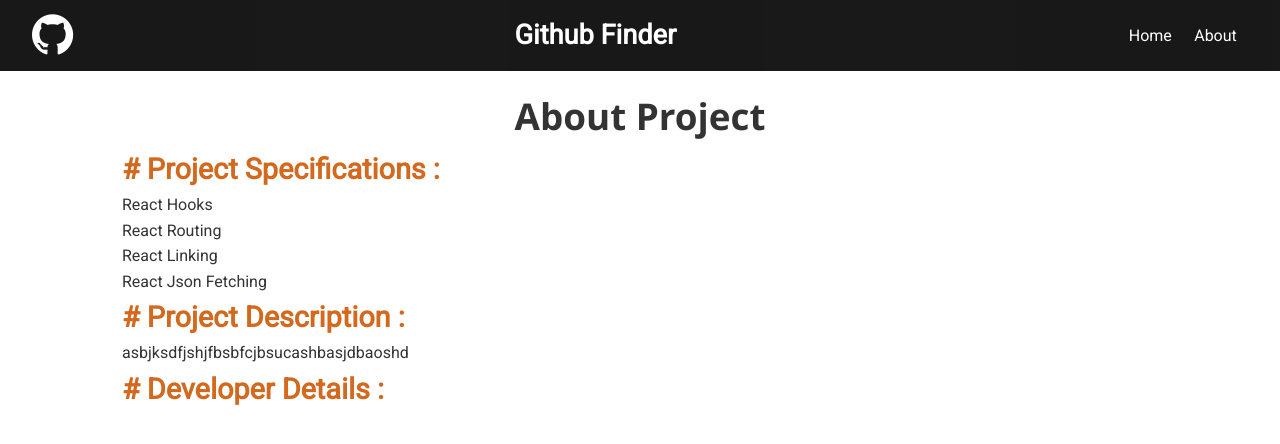
Repository: hemantsaini-7/ReactHooks-GitHub-Clone
Page: /about
The author's editor kept a copy of each file at every save. The page is drawn from the files as they stood at one save, then again after the next save.
The browser window is 1280 px wide. The pictures show the whole page.
The project was rebuilt for these pictures with package versions that can differ from the ones it lists, and the page was loaded fresh each time. Also part of the build but not shown: src/components/users/UserItem.js, src/components/layout/Spinner.js, src/components/users/Users.js, src/components/repos/RepoItem.js, src/components/repos/Repos.js, src/components/users/User.js, src/components/users/Search.js, src/components/layout/Alert.js.

Above is the page before, as saved 2020-08-06 10:13:40.

### public/index.html
<!DOCTYPE html>
<html lang="en">
  <head>
    <meta charset="utf-8" />
    <link rel="icon" href="%PUBLIC_URL%/favicon.ico" />
    <meta name="viewport" content="width=device-width, initial-scale=1" />
    <meta name="theme-color" content="#000000" />
    <meta
      name="description"
      content="Web site created using create-react-app"
    />
    <link rel="apple-touch-icon" href="%PUBLIC_URL%/logo192.png" />

    <link rel="manifest" href="%PUBLIC_URL%/manifest.json" />
    <link
      rel="stylesheet"
      href="https://stackpath.bootstrapcdn.com/font-awesome/4.7.0/css/font-awesome.min.css"
    />
    <title>React App</title>
  </head>
  <body>
    <noscript>You need to enable JavaScript to run this app.</noscript>
    <div id="root"></div>
  </body>
</html>

### src/App.js
import React, { Fragment, useState } from "react";
import "./App.css";
import { BrowserRouter as Router, Switch, Route } from "react-router-dom";
import Navbar from "./components/layout/Navbar";
import Users from "./components/users/Users";
import User from "./components/users/User";
import Search from "./components/users/Search";
import Alert from "./components/layout/Alert";
import About from "./components/pages/About";
import axios from "axios";
const App = () => {
  const [users, setUsers] = useState([]);
  const [user, setUser] = useState({});
  const [repos, setRepos] = useState([]);
  const [loading, setLoading] = useState(false);
  const [alert, setAlert] = useState(null);

  const searchUsers = async (text) => {
    //this.setState({ loading: true });
    setLoading(true);
    const res = await axios.get(
      `https://api.github.com/search/users?q=${text}&cliend_id=${process.env.REACT_APP_GITHUB_CLIENT_ID}&client_secret=${process.env.REACT_APP_GITHUB_CLIENT_SECRET}`
    );
    setUsers(res.data.items);
    setLoading(false);
  };

  const clearUsers = () => {
    setUsers([]);
    setLoading(false);
  };

  const showAlert = (msg, type) => {
    //this.setState({ alert: { msg, type } });
    setAlert({ msg, type });
    setTimeout(() => setAlert(null), 5000);
  };

  const getUser = async (username) => {
    setLoading(true);
    const res = await axios.get(
      `https://api.github.com/users/${username}?cliend_id=${process.env.REACT_APP_GITHUB_CLIENT_ID}&client_secret=${process.env.REACT_APP_GITHUB_CLIENT_SECRET}`
    );
    setUser(res.data);
    setLoading(false);
  };

  const getUserRepos = async (username) => {
    setLoading(true);
    const res = await axios.get(
      `https://api.github.com/users/${username}/repos?per_page=5&sort=created:asc&cliend_id=${process.env.REACT_APP_GITHUB_CLIENT_ID}&client_secret=${process.env.REACT_APP_GITHUB_CLIENT_SECRET}`
    );
    setRepos(res.data);
    setLoading(false);
  };

  return (
    <Router>
      <div className='App'>
        <Navbar title='Github Finder' />
        <div className='container'>
          <Alert alert={alert} />
          <Switch>
            <Route
              exact
              path='/'
              render={(props) => (
                <Fragment>
                  <Search
                    searchUsers={searchUsers}
                    clearUsers={clearUsers}
                    showClear={users.length > 0 ? true : false}
                    setAlert={showAlert}
                  />
                  <Users users={users} loading={loading} />
                </Fragment>
              )}
            />
            <Route exact path='/about' component={About} />
            <Route
              exact
              path='/user/:login'
              render={(props) => (
                <User
                  {...props}
                  getUser={getUser}
                  getUserRepos={getUserRepos}
                  repos={repos}
                  user={user}
                  loading={loading}
                />
              )}
            />
          </Switch>
        </div>
      </div>
    </Router>
  );
};

export default App;

### src/App.css
@import url("https://fonts.googleapis.com/css?family=Roboto");

/* Global Styles */
:root {
  --primary-color: #dc3545;
  --dark-color: #333333;
  --light-color: #f4f4f4;
  --danger-color: #dc3545;
  --success-color: #28a745;
}

* {
  box-sizing: border-box;
  margin: 0;
  padding: 0;
}

body {
  font-family: "Roboto", sans-serif;
  font-size: 1rem;
  line-height: 1.6;
  background-color: #fff;
  color: #333;
}

a {
  color: var(--primary-color);
  text-decoration: none;
}

a:hover {
  color: #666;
}

ul {
  list-style: none;
}

img {
  width: 100%;
}

/* Utilities */
.container {
  max-width: 1100px;
  margin: auto;
  overflow: hidden;
  padding: 0 2rem;
}

/* Text Styles*/
.x-large {
  font-size: 4rem;
  line-height: 1.2;
  margin-bottom: 1rem;
}

.large {
  font-size: 3rem;
  line-height: 1.2;
  margin-bottom: 1rem;
}

.lead {
  font-size: 1.5rem;
  margin-bottom: 1rem;
}

.text-center {
  text-align: center;
}

.text-primary {
  color: var(--primary-color);
}

.text-dark {
  color: var(--dark-color);
}

.text-success {
  color: var(--success-color);
}

.text-danger {
  color: var(--danger-color);
}

.text-center {
  text-align: center;
}

.text-right {
  text-align: right;
}

.text-left {
  text-align: left;
}

/* Center All */
.all-center {
  display: flex;
  flex-direction: column;
  width: 100%;
  margin: auto;
  justify-content: center;
  align-items: center;
  text-align: center;
}

/* Cards */
.card {
  padding: 1rem;
  border: #ccc 1px dotted;
  margin: 0.7rem 0;
}

/* List */
.list {
  margin: 0.5rem 0;
}

.list li {
  padding-bottom: 0.3rem;
}

/* Padding */
.p {
  padding: 0.5rem;
}
.p-1 {
  padding: 1rem;
}
.p-2 {
  padding: 2rem;
}
.p-3 {
  padding: 3rem;
}
.py {
  padding: 0.5rem 0;
}
.py-1 {
  padding: 1rem 0;
}
.py-2 {
  padding: 2rem 0;
}
.py-3 {
  padding: 3rem 0;
}

/* Margin */
.m {
  margin: 0.5rem;
}
.m-1 {
  margin: 1rem;
}
.m-2 {
  margin: 2rem;
}
.m-3 {
  margin: 3rem;
}
.my {
  margin: 0.5rem 0;
}
.my-1 {
  margin: 1rem 0;
}
.my-2 {
  margin: 2rem 0;
}
.my-3 {
  margin: 3rem 0;
}

/* Grid */
.grid-2 {
  display: grid;
  grid-template-columns: repeat(2, 1fr);
  grid-gap: 1rem;
}

.grid-3 {
  display: grid;
  grid-template-columns: repeat(3, 1fr);
  grid-gap: 1rem;
}

.grid-4 {
  display: grid;
  grid-template-columns: repeat(4, 1fr);
  grid-gap: 1rem;
}

.btn {
  display: inline-block;
  background: var(--light-color);
  color: #333;
  padding: 0.4rem 1.3rem;
  font-size: 1rem;
  border: none;
  cursor: pointer;
  margin-right: 0.5rem;
  transition: opacity 0.2s ease-in;
  outline: none;
}

.btn-link {
  background: none;
  padding: 0;
  margin: 0;
}

.btn-block {
  display: block;
  width: 100%;
}

.btn-sm {
  font-size: 0.8rem;
  padding: 0.3rem 1rem;
  margin-right: 0.2rem;
}

.badge {
  display: inline-block;
  font-size: 0.8rem;
  padding: 0.2rem 0.7rem;
  text-align: center;
  margin: 0.3rem;
  background: var(--light-color);
  color: #333;
  border-radius: 5px;
}

.alert {
  padding: 0.7rem;
  margin: 1rem 0;
  opacity: 0.9;
  background: var(--light-color);
  color: #333;
}

.btn-primary,
.bg-primary,
.badge-primary,
.alert-primary {
  background: var(--primary-color);
  color: #fff;
}

.btn-light,
.bg-light,
.badge-light,
.alert-light {
  background: var(--light-color);
  color: #333;
}

.btn-dark,
.bg-dark,
.badge-dark,
.alert-dark {
  background: var(--dark-color);
  color: #fff;
}

.btn-danger,
.bg-danger,
.badge-danger,
.alert-danger {
  background: var(--danger-color);
  color: #fff;
}

.btn-success,
.bg-success,
.badge-success,
.alert-success {
  background: var(--success-color);
  color: #fff;
}

.btn-white,
.bg-white,
.badge-white,
.alert-white {
  background: #fff;
  color: #333;
  border: #ccc solid 1px;
}

.btn:hover {
  opacity: 0.8;
}

.bg-light,
.badge-light {
  border: #ccc solid 1px;
}

.round-img {
  border-radius: 50%;
}

/* Forms */
input {
  margin: 1.2rem 0;
}

.form-text {
  display: block;
  margin-top: 0.3rem;
  color: #888;
}

input[type="text"],
input[type="email"],
input[type="password"],
input[type="date"],
select,
textarea {
  display: block;
  width: 100%;
  padding: 0.4rem;
  font-size: 1.2rem;
  border: 1px solid #ccc;
}

input[type="submit"],
button {
  font: inherit;
}

table th,
table td {
  padding: 1rem;
  text-align: left;
}

table th {
  background: var(--light-color);
}

/* Navbar */
.navbar {
  display: flex;
  justify-content: space-between;
  align-items: center;
  padding: 0.7rem 2rem;
  z-index: 1;
  width: 100%;
  opacity: 0.9;
  margin-bottom: 1rem;
}

.navbar ul {
  display: flex;
}

.navbar a {
  color: #fff;
  padding: 0.45rem;
  margin: 0 0.25rem;
}

.navbar a:hover {
  color: var(--light-color);
}

.navbar .welcome span {
  margin-right: 0.6rem;
}
.bg-black {
  background: #000;
  color: #fff;
}
.nav-head {
  font-size: 1.7rem;
  /* margin-left: 100px; */
}
.s-field {
  border-radius: 10px;
  box-shadow: inset 0px 0px 10px #ccc;
}
.s-field:focus {
  outline: none;
}
.about-head {
  text-align: center;
  font-weight: bold;
  font-size: 2.3rem;
  font-family: "Segoe UI", Tahoma, Geneva, Verdana, sans-serif;
}
.content-head {
  font-weight: bold;
  font-size: 1.8rem;
  color: chocolate;
}
/* Mobile Styles */
@media (max-width: 700px) {
  .hide-sm {
    display: none;
  }

  .grid-2,
  .grid-3,
  .grid-4 {
    grid-template-columns: 1fr;
  }

  /* Text Styles */
  .x-large {
    font-size: 3rem;
  }

  .large {
    font-size: 2rem;
  }

  .lead {
    font-size: 1rem;
  }

  /* Navbar */
  .navbar {
    display: block;
    text-align: center;
  }

  .navbar ul {
    text-align: center;
    justify-content: center;
  }
}

### src/components/layout/Navbar.js
import React from "react";
import { Link } from "react-router-dom";
function Navbar(props) {
  return (
    <nav className='navbar bg-black '>
      <span>
        <i className='fa fa-github fa-3x'></i>
      </span>
      <h3 className='nav-head'>{props.title}</h3>
      <ul>
        <li>
          <Link to='/'>Home</Link>
        </li>
        <li>
          <Link to='/about'>About</Link>
        </li>
      </ul>
    </nav>
  );
}

export default Navbar;

### src/components/pages/About.js
import React from "react";

const About = () => {
  return (
    <div className='about-div'>
      <h1 className='about-head'>About Project</h1>
      <div className='content-div'>
        <h1 className='content-head'># Project Specifications :</h1>
        <ul>
          <li className='list-item'>React Hooks</li>
          <li className='list-item'>React Routing</li>
          <li className='list-item'>React Linking</li>
          <li className='list-item'>React Json Fetching</li>
        </ul>
      </div>
      <div className='content-div'>
        <h1 className='content-head'># Project Description :</h1>
        <p>asbjksdfjshjfbsbfcjbsucashbasjdbaoshd</p>
      </div>
      <div className='content-div'>
        <h1 className='content-head'># Developer Details :</h1>
      </div>
    </div>
  );
};
export default About;

Loaded but not shown: src/index.js (common file)

After the next save:
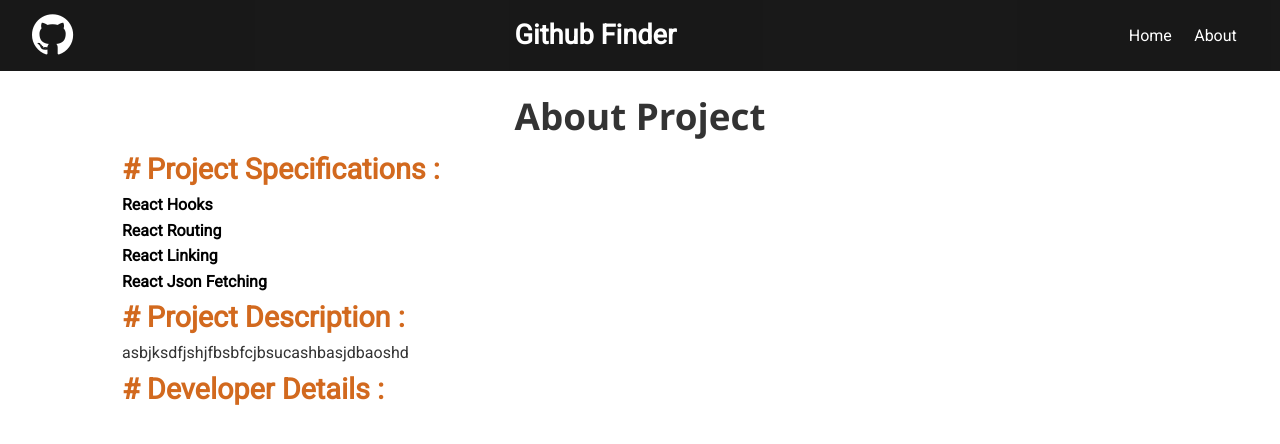
Saved 19 s later.
--- a/src/App.css
+++ b/src/App.css
@@ -401,6 +401,10 @@
   font-size: 1.8rem;
   color: chocolate;
 }
+.list-item {
+  color: #000;
+  font-weight: bold;
+}
 /* Mobile Styles */
 @media (max-width: 700px) {
   .hide-sm {
